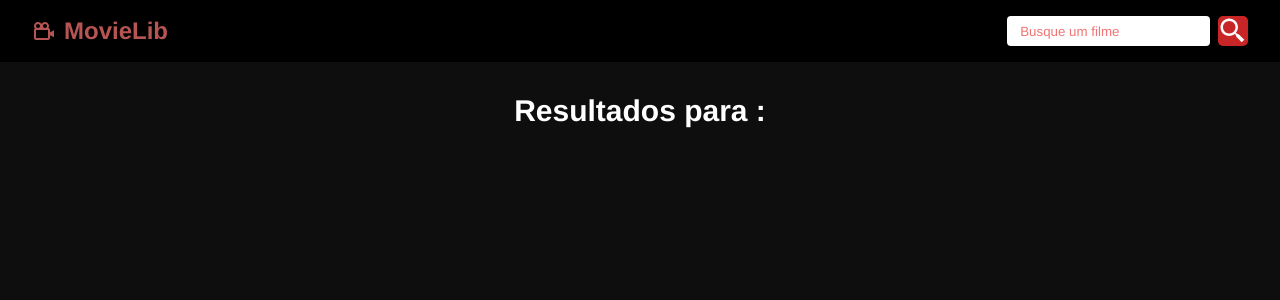
Repository: gustavo-eng/MovieLib
Page: /search
The author's editor kept a copy of each file at every save. The page is drawn from the files as they stood at one save, then again after the next save.
The browser window is 1280 px wide. The pictures show the whole page.
The page's requests for data from a server got no answer. The project was rebuilt for these pictures with package versions that can differ from the ones it lists, and the page was loaded fresh each time. No one was signed in, and anything a server would have sent is missing. Also part of the build but not shown: vite.config.js, src/Pages/Movie.jsx, src/Components/MovieCard.jsx, src/Pages/Home.jsx.

Above is the page before, as saved 2023-01-02 22:16:01.

After the next save:
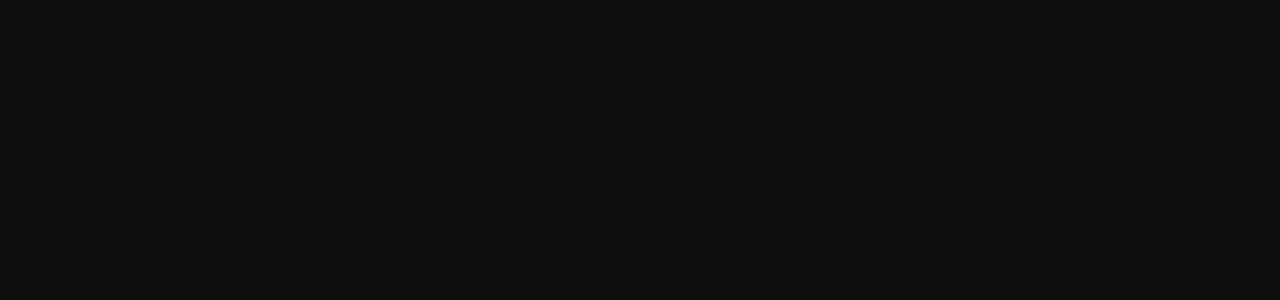
Console error: ReferenceError: data is not defined
Saved 78 s later.
--- a/src/Pages/Search.jsx
+++ b/src/Pages/Search.jsx
@@ -29,8 +29,9 @@
     }
 
     useEffect(() => {
+
         const searchWithQueryURL = `${searchURL}?${apiKey}&query=${query}`
-
+        console.log(data)
         getSearchMovies(searchWithQueryURL)
     }, [])
 

After the 5 saves that followed:
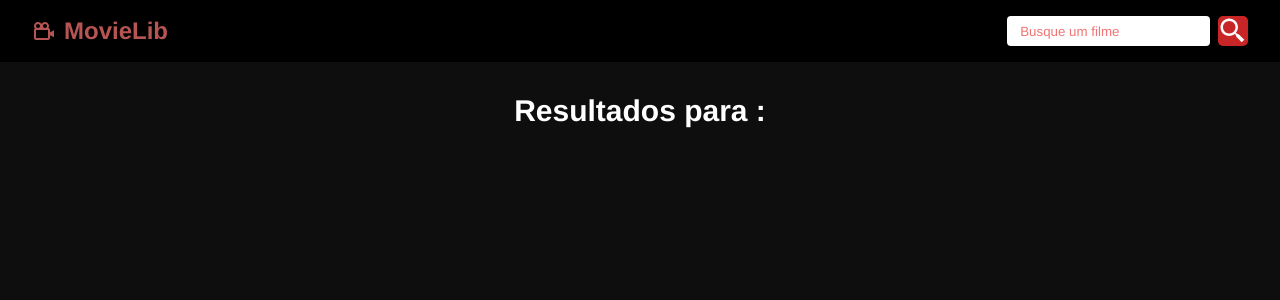
The error is gone.
The 5 saves are shown as one change because 4 left the picture as it was.
The last was saved 9 min 12 s later.
--- a/src/Pages/Search.jsx
+++ b/src/Pages/Search.jsx
@@ -29,9 +29,8 @@
     }
 
     useEffect(() => {
+        const searchWithQueryURL = `${searchURL}?${apiKey}&query=${query}`
 
-        const searchWithQueryURL = `${searchURL}?${apiKey}&query=${query}`
-        console.log(data)
         getSearchMovies(searchWithQueryURL)
     }, [])
 
